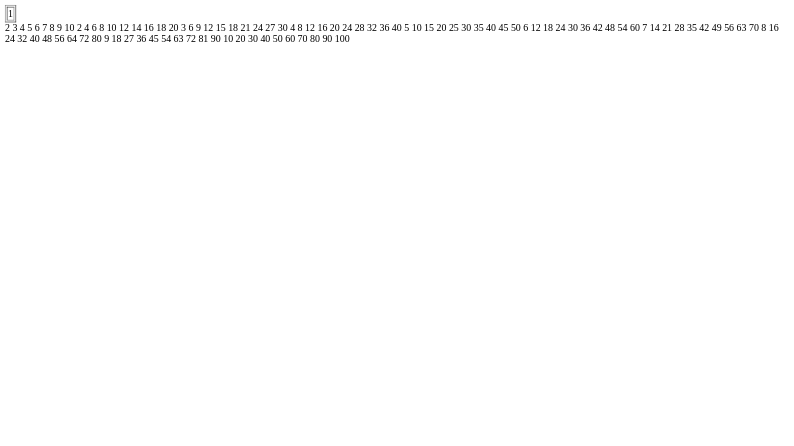
Repository: jeongho97/JSP
Page: http://localhost/JSP/예제2.jsp
The author's editor kept a copy of each file at every save. The page is drawn from the files as they stood at one save, then again after the next save.
The browser window is 1280 px wide. The pictures show the whole page, at 62% of full size.
The page is served by Tomcat 9.

Above is the page before, as saved 2022-05-17 02:40:01.

After the next save:
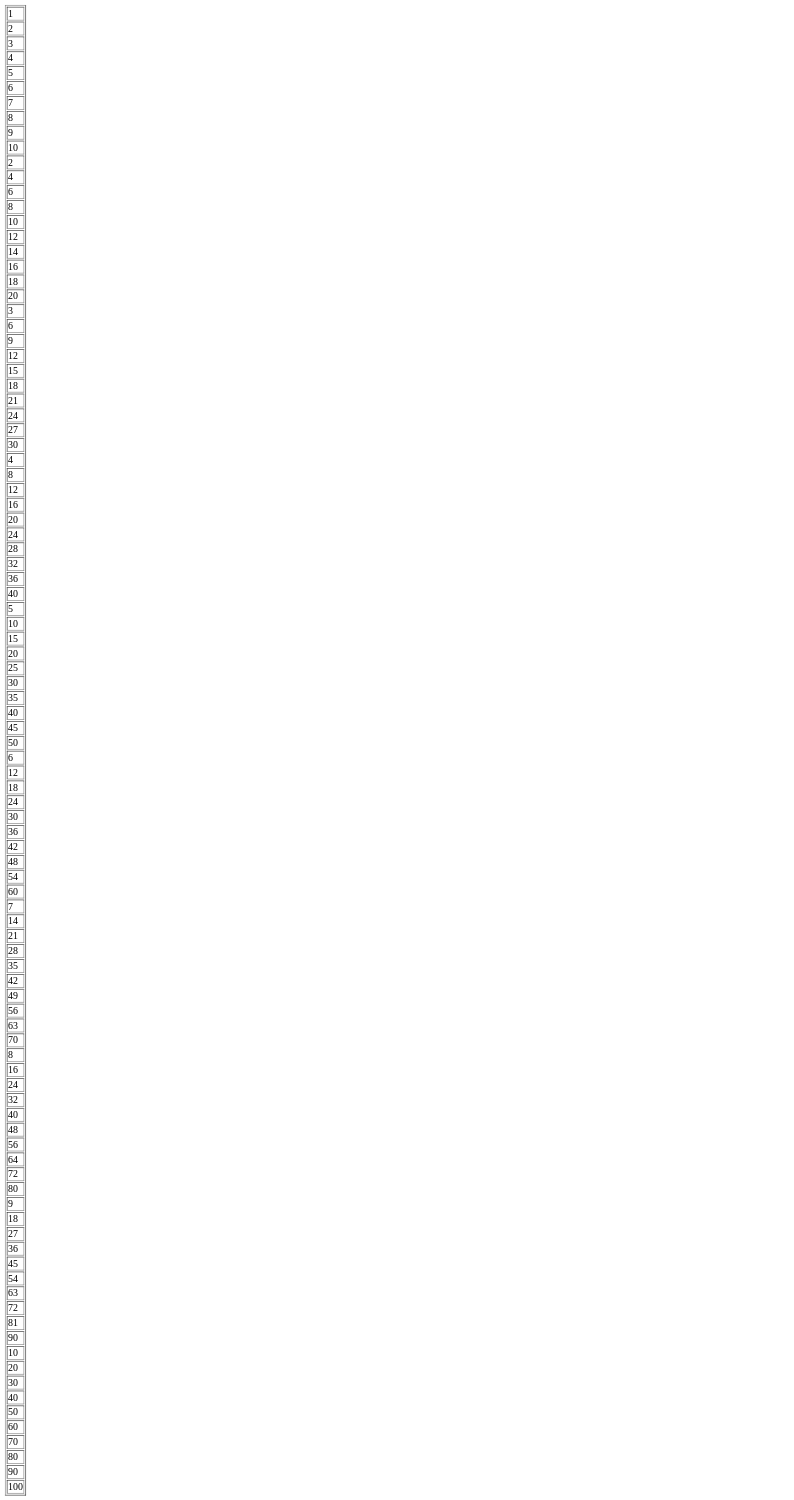
Saved 4 s later.
--- a/JSP/WebContent/예제2.jsp
+++ b/JSP/WebContent/예제2.jsp
@@ -25,7 +25,7 @@
 				<tr>
 					<td><%=i*j%></td>
 				</tr>
-			</table>
+
 
 <%
 		}
@@ -33,6 +33,6 @@
 <%
 	}
 %>
-
+</table>
 </body>
 </html>
